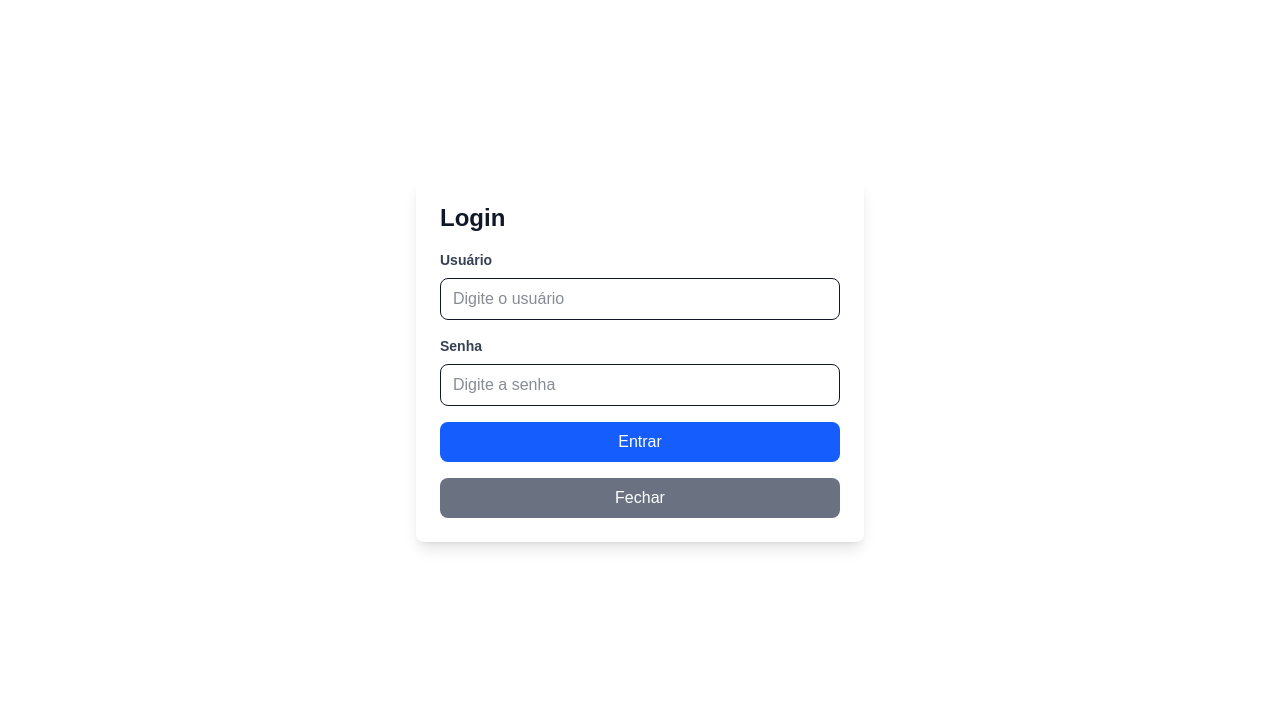
Repository: fabianosevla/gestao-labs
Page: /login (app in lab-management-system/)
These files come from the project's save history. The page is drawn as it stood at one moment and after the next save; the edit follows.
The browser window is 1280 px wide. The pictures show the whole page.
The page's requests for data from a server got no answer. The project was rebuilt for these pictures with package versions that can differ from the ones it lists, and the page was loaded fresh each time. The framework's server and built-in components were replaced by stand-ins that run in the browser. No one was signed in, and anything a server would have sent is missing. Also part of the build but not shown: lab-management-system/next.config.mjs, lab-management-system/lib/storage.js, lab-management-system/components/Navbar.js.

Above is the page before, as saved 2025-05-13 18:07:03.

### lab-management-system/app/layout.js
import "./globals.css";
import Navbar from "../components/Navbar";
import { AuthProvider } from "../lib/authContext";

export const metadata = {
  title: "Gerenciamento de Laboratórios",
  description: "Sistema de gerenciamento de laboratórios da Universidade Federal de Itajubá",
};

export default function RootLayout({ children }) {
  return (
    <html lang="pt-BR">
      <body className="bg-gray-100 min-h-screen">
        <AuthProvider>
          <Navbar />
          <main className="pt-16">{children}</main>
        </AuthProvider>
      </body>
    </html>
  );
}

### lab-management-system/app/login/page.js
"use client";

import { useState } from "react";
import { useRouter } from "next/navigation";
import { useAuth } from "../../lib/authContext";

export default function Login() {
    const router = useRouter();
    const { login } = useAuth();
    const [isModalOpen, setIsModalOpen] = useState(true); // Assume que o modal abre automaticamente
    const [credentials, setCredentials] = useState({ username: "", password: "" });

    const handleChange = (e) => {
        const { id, value } = e.target;
        setCredentials((prev) => ({ ...prev, [id]: value }));
    };

    const handleSubmit = async (e) => {
        e.preventDefault();
        try {
            await login(credentials.username, credentials.password);
            router.push("/labs/laboratories");
        } catch (error) {
            console.error("Erro no login:", error);
            alert("Credenciais inválidas");
        }
    };

    const closeModal = () => setIsModalOpen(false);

    return (
        <div className="p-6">
            {isModalOpen && (
                <div className="fixed inset-0 bg-white flex items-center justify-center z-50">
                    <div className="bg-white rounded-lg p-6 w-full max-w-md shadow-lg">
                        <h2 className="text-2xl font-bold text-gray-900 mb-4">Login</h2>
                        <form onSubmit={handleSubmit} className="flex flex-col space-y-4">
                            <div>
                                <label className="block text-gray-700 text-sm font-bold mb-2" htmlFor="username">
                                    Usuário
                                </label>
                                <input
                                    type="text"
                                    id="username"
                                    value={credentials.username}
                                    onChange={handleChange}
                                    className="w-full px-3 py-2 border rounded-lg focus:outline-none focus:ring-2 focus:ring-blue-500 text-gray-900"
                                    placeholder="Digite o usuário"
                                    required
                                    autoComplete="off"
                                />
                            </div>
                            <div>
                                <label className="block text-gray-700 text-sm font-bold mb-2" htmlFor="password">
                                    Senha
                                </label>
                                <input
                                    type="password"
                                    id="password"
                                    value={credentials.password}
                                    onChange={handleChange}
                                    className="w-full px-3 py-2 border rounded-lg focus:outline-none focus:ring-2 focus:ring-blue-500 text-gray-900"
                                    placeholder="Digite a senha"
                                    required
                                    autoComplete="off"
                                />
                            </div>
                            <button
                                type="submit"
                                className="px-4 py-2 bg-blue-600 text-white rounded-lg hover:bg-blue-700 transition duration-300"
                            >
                                Entrar
                            </button>
                        </form>
                        <button
                            onClick={closeModal}
                            className="mt-4 w-full px-4 py-2 bg-gray-500 text-white rounded-lg hover:bg-gray-600 transition duration-300"
                        >
                            Fechar
                        </button>
                    </div>
                </div>
            )}
        </div>
    );
}

### lab-management-system/app/globals.css
@import "tailwindcss";

:root {
  --background: #ffffff;
  --foreground: #efecec;
}

@theme inline {
  --color-background: var(--background);
  --color-foreground: var(--foreground);
  --font-sans: var(--font-geist-sans);
  --font-mono: var(--font-geist-mono);
}

@media (prefers-color-scheme: dark) {
  :root {
    --background: #f7f1f1;
    --foreground: #ededed;
  }
}

body {
  background: var(--background);
  color: var(--foreground);
  font-family: Arial, Helvetica, sans-serif;
}

### lab-management-system/lib/authContext.js
"use client";

import { createContext, useContext, useState, useEffect } from "react";

const AuthContext = createContext();

export function AuthProvider({ children }) {
    const [isAuthenticated, setIsAuthenticated] = useState(false);
    const [userRole, setUserRole] = useState(null);

    useEffect(() => {
        const storedAuth = localStorage.getItem("isAuthenticated");
        const storedRole = localStorage.getItem("userRole");
        if (storedAuth === "true" && storedRole) {
            setIsAuthenticated(true);
            setUserRole(storedRole);
        }
    }, []);

    const login = (username, password, adminUsers) => {
        if (!adminUsers) return;
        const user = adminUsers.find(
            (u) => u.username === username && u.password === password && u.status === "ativo"
        );
        if (user) {
            setIsAuthenticated(true);
            setUserRole(user.role || "user"); // Assume "user" como padrão se role não estiver definida
            localStorage.setItem("isAuthenticated", "true");
            localStorage.setItem("userRole", user.role || "user");
        }
    };

    const logout = () => {
        setIsAuthenticated(false);
        setUserRole(null);
        localStorage.removeItem("isAuthenticated");
        localStorage.removeItem("userRole");
    };

    return (
        <AuthContext.Provider value={{ isAuthenticated, userRole, login, logout }}>
            {children}
        </AuthContext.Provider>
    );
}

export function useAuth() {
    return useContext(AuthContext);
}

After the next save:
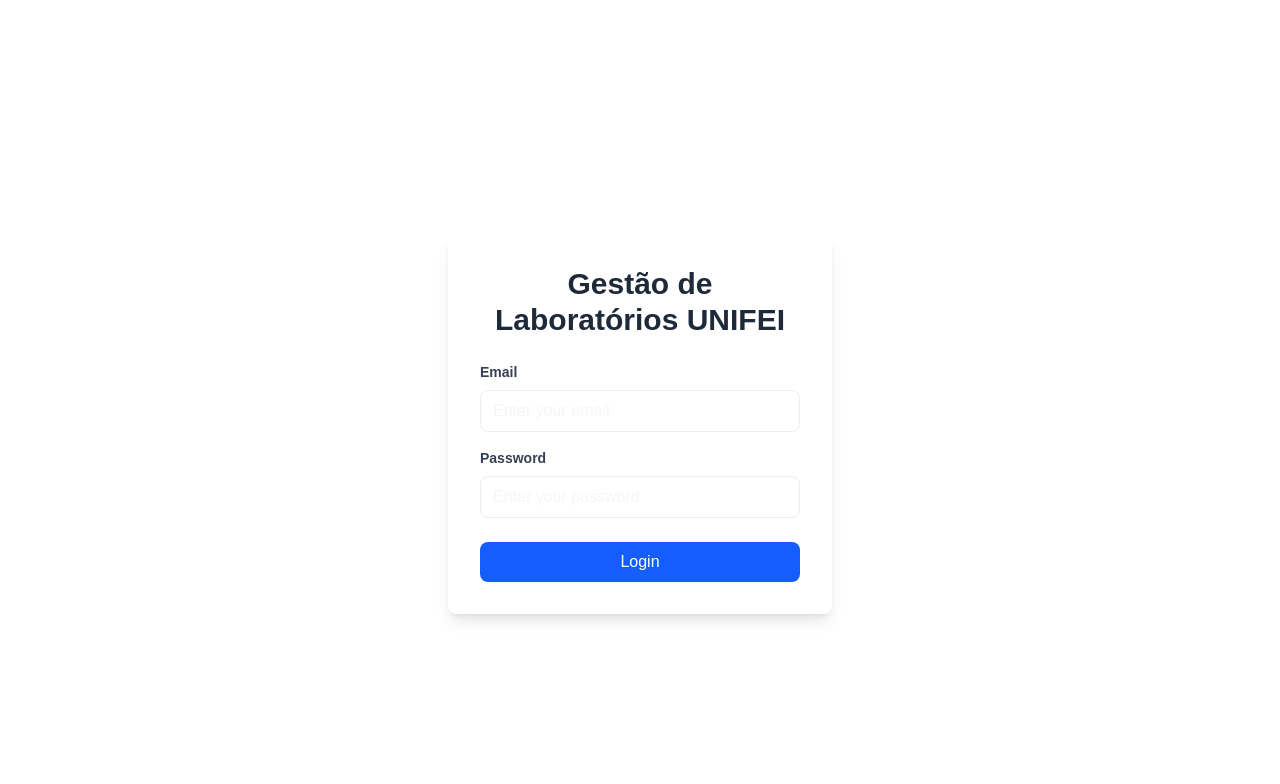
Saved 67 s later.
--- a/lab-management-system/app/login/page.js
+++ b/lab-management-system/app/login/page.js
@@ -1,86 +1,54 @@
 "use client";
 
+import { useRouter } from "next/navigation";
 import { useState } from "react";
-import { useRouter } from "next/navigation";
-import { useAuth } from "../../lib/authContext";
 
 export default function Login() {
     const router = useRouter();
-    const { login } = useAuth();
-    const [isModalOpen, setIsModalOpen] = useState(true); // Assume que o modal abre automaticamente
-    const [credentials, setCredentials] = useState({ username: "", password: "" });
+    const [email, setEmail] = useState("");
+    const [password, setPassword] = useState("");
 
-    const handleChange = (e) => {
-        const { id, value } = e.target;
-        setCredentials((prev) => ({ ...prev, [id]: value }));
+    const handleLogin = () => {
+        router.push("/");
     };
 
-    const handleSubmit = async (e) => {
-        e.preventDefault();
-        try {
-            await login(credentials.username, credentials.password);
-            router.push("/labs/laboratories");
-        } catch (error) {
-            console.error("Erro no login:", error);
-            alert("Credenciais inválidas");
-        }
-    };
-
-    const closeModal = () => setIsModalOpen(false);
-
     return (
-        <div className="p-6">
-            {isModalOpen && (
-                <div className="fixed inset-0 bg-white flex items-center justify-center z-50">
-                    <div className="bg-white rounded-lg p-6 w-full max-w-md shadow-lg">
-                        <h2 className="text-2xl font-bold text-gray-900 mb-4">Login</h2>
-                        <form onSubmit={handleSubmit} className="flex flex-col space-y-4">
-                            <div>
-                                <label className="block text-gray-700 text-sm font-bold mb-2" htmlFor="username">
-                                    Usuário
-                                </label>
-                                <input
-                                    type="text"
-                                    id="username"
-                                    value={credentials.username}
-                                    onChange={handleChange}
-                                    className="w-full px-3 py-2 border rounded-lg focus:outline-none focus:ring-2 focus:ring-blue-500 text-gray-900"
-                                    placeholder="Digite o usuário"
-                                    required
-                                    autoComplete="off"
-                                />
-                            </div>
-                            <div>
-                                <label className="block text-gray-700 text-sm font-bold mb-2" htmlFor="password">
-                                    Senha
-                                </label>
-                                <input
-                                    type="password"
-                                    id="password"
-                                    value={credentials.password}
-                                    onChange={handleChange}
-                                    className="w-full px-3 py-2 border rounded-lg focus:outline-none focus:ring-2 focus:ring-blue-500 text-gray-900"
-                                    placeholder="Digite a senha"
-                                    required
-                                    autoComplete="off"
-                                />
-                            </div>
-                            <button
-                                type="submit"
-                                className="px-4 py-2 bg-blue-600 text-white rounded-lg hover:bg-blue-700 transition duration-300"
-                            >
-                                Entrar
-                            </button>
-                        </form>
-                        <button
-                            onClick={closeModal}
-                            className="mt-4 w-full px-4 py-2 bg-gray-500 text-white rounded-lg hover:bg-gray-600 transition duration-300"
-                        >
-                            Fechar
-                        </button>
-                    </div>
+        <div className="flex items-center justify-center min-h-screen bg-white">
+            <div className="bg-white p-8 rounded-lg shadow-lg w-96 transform transition-all hover:scale-105">
+                <h2 className="text-3xl font-bold text-center text-gray-800 mb-6">Gestão de Laboratórios UNIFEI</h2>
+                <div className="mb-4">
+                    <label className="block text-gray-700 text-sm font-semibold mb-2" htmlFor="email">
+                        Email
+                    </label>
+                    <input
+                        type="email"
+                        id="email"
+                        value={email}
+                        onChange={(e) => setEmail(e.target.value)}
+                        className="w-full px-3 py-2 border rounded-lg focus:outline-none focus:ring-2 focus:ring-blue-500"
+                        placeholder="Enter your email"
+                    />
                 </div>
-            )}
+                <div className="mb-6">
+                    <label className="block text-gray-700 text-sm font-semibold mb-2" htmlFor="password">
+                        Password
+                    </label>
+                    <input
+                        type="password"
+                        id="password"
+                        value={password}
+                        onChange={(e) => setPassword(e.target.value)}
+                        className="w-full px-3 py-2 border rounded-lg focus:outline-none focus:ring-2 focus:ring-blue-500"
+                        placeholder="Enter your password"
+                    />
+                </div>
+                <button
+                    onClick={handleLogin}
+                    className="w-full bg-blue-600 text-white py-2 rounded-lg hover:bg-blue-700 transition duration-300"
+                >
+                    Login
+                </button>
+            </div>
         </div>
     );
 }
